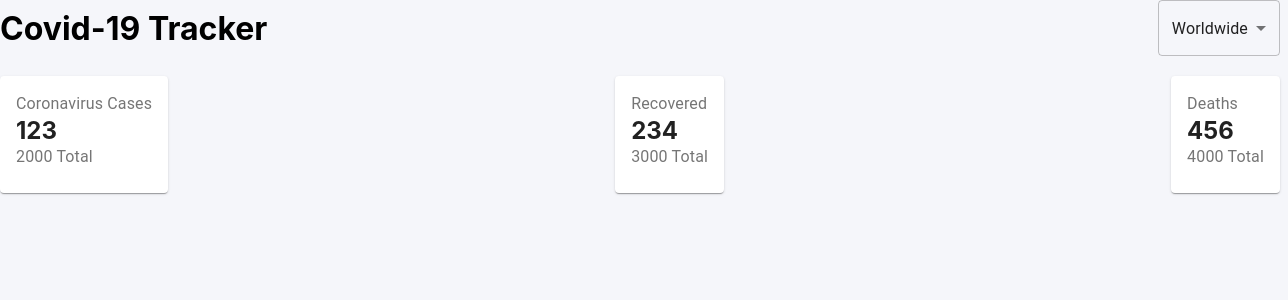
Repository: aashajo/covid-tracker-app-react
Page: /
These files come from the project's save history. The page is drawn as it stood at one moment and after the next save; the edit follows.
The browser window is 1280 px wide. The page is 1288 px wide, so the pictures cover 1288 px, including what lies to the right of the window. The pictures show the whole page.
The page's requests for data from a server got no answer. The project was rebuilt for these pictures with package versions that can differ from the ones it lists, and the page was loaded fresh each time. No one was signed in, and anything a server would have sent is missing.

Above is the page before, as saved 2020-08-25 21:47:42.

After the next save:
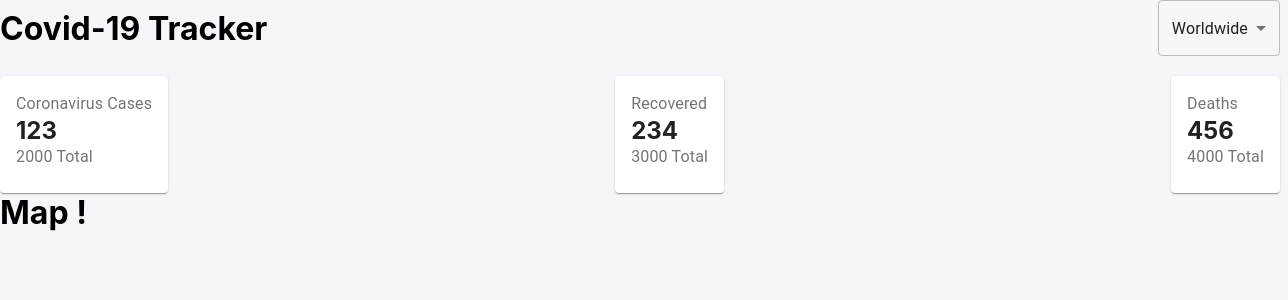
Saved 12 s later.
--- a/src/App.js
+++ b/src/App.js
@@ -66,6 +66,8 @@ function App() {
 
 
       {/* Map */}
+              <Map />
+
     </div>
   );
 }
